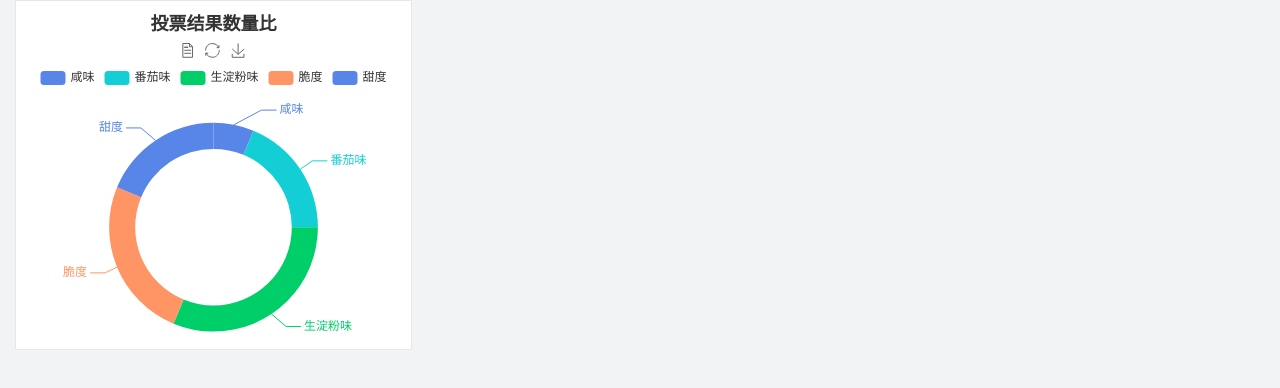
Repository: R1Deemo/vote_system
Page: web/home/results.html
The author's editor kept a copy of each file at every save. The page is drawn from the files as they stood at one save, then again after the next save.
The browser window is 1280 px wide. The pictures show the whole page.

Above is the page before, as saved 2022-11-07 09:56:03.

### web/home/results.html
<!DOCTYPE html>
<html lang="en">

<head>
    <meta charset="UTF-8">
    <meta http-equiv="X-UA-Compatible" content="IE=edge">
    <meta name="viewport" content="width=device-width, initial-scale=1.0">
    <title>Document</title>
    <link rel="stylesheet" href="../../web/assets/lib/bootstrap.css" />
    <link rel="stylesheet" href="../../web/assets/lib/main.css" />
    <script src="../../web/assets/lib/jquery.js"></script>
    <script type="text/javascript" src="../../web/assets/lib/echarts.min.js"></script>
</head>

<body>
    <div class="container-fluid">
        <div class="row curve-pie">

            <div class="col-lg-4 col-md-4">
                <div class="gragh_pannel" id="pie_show"></div>
            </div>
        </div>
    </div>
    <script>
        var oPie = echarts.init(document.getElementById('pie_show'));
        var oPieopt = {
            title: {
                top: 10,
                text: '投票结果数量比',
                x: 'center'
            },
            tooltip: {
                trigger: 'item',
                formatter: "{a} <br/>{b} : {c} ({d}%)"
            },
            color: ['#5885e8', '#13cfd5', '#00ce68', '#ff9565'],
            legend: {
                x: 'center',
                top: 65,
                data: ['咸味', '番茄味', '生淀粉味', '脆度', '甜度']
            },
            toolbox: {
                show: true,
                x: 'center',
                top: 35,
                feature: {
                    mark: {
                        show: true
                    },
                    dataView: {
                        show: true,
                        readOnly: false
                    },
                    magicType: {
                        show: true,
                        type: ['pie', 'funnel'],
                        option: {
                            funnel: {
                                x: '25%',
                                width: '50%',
                                funnelAlign: 'left',
                                max: 1548
                            }
                        }
                    },
                    restore: {
                        show: true
                    },
                    saveAsImage: {
                        show: true
                    }
                }
            },
            calculable: true,
            series: [{

                name: '访问来源',
                type: 'pie',
                radius: ['45%', '60%'],
                center: ['50%', '65%'],
                data: [{
                    value: 1,
                    name: '咸味'
                }, {
                    value: 3,
                    name: '番茄味'
                }, {
                    value: 5,
                    name: '生淀粉味'
                }, {
                    value: 4,
                    name: '脆度'
                }, {
                    value: 3,
                    name: '甜度'
                }]
            }]
        };
        oPie.setOption(oPieopt);
    </script>
</body>

</html>

Loaded but not shown: web/assets/lib/bootstrap.css (library); web/assets/lib/main.css (library); web/assets/lib/jquery.js (library); web/assets/lib/echarts.min.js (library)

After the next save:
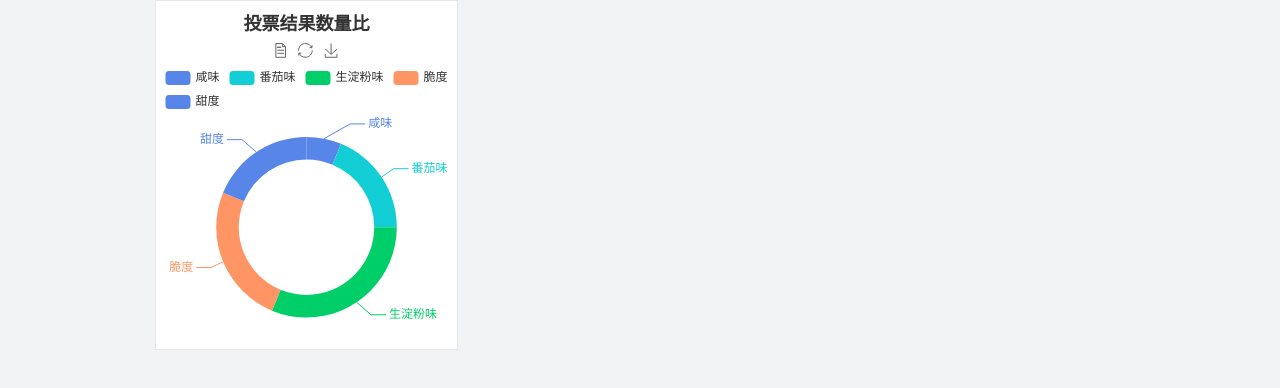
Saved 34 s later.
--- a/web/home/results.html
+++ b/web/home/results.html
@@ -13,7 +13,7 @@
 </head>
 
 <body>
-    <div class="container-fluid">
+    <div class="container-fluid" style="width:1000px ;">
         <div class="row curve-pie">
 
             <div class="col-lg-4 col-md-4">
